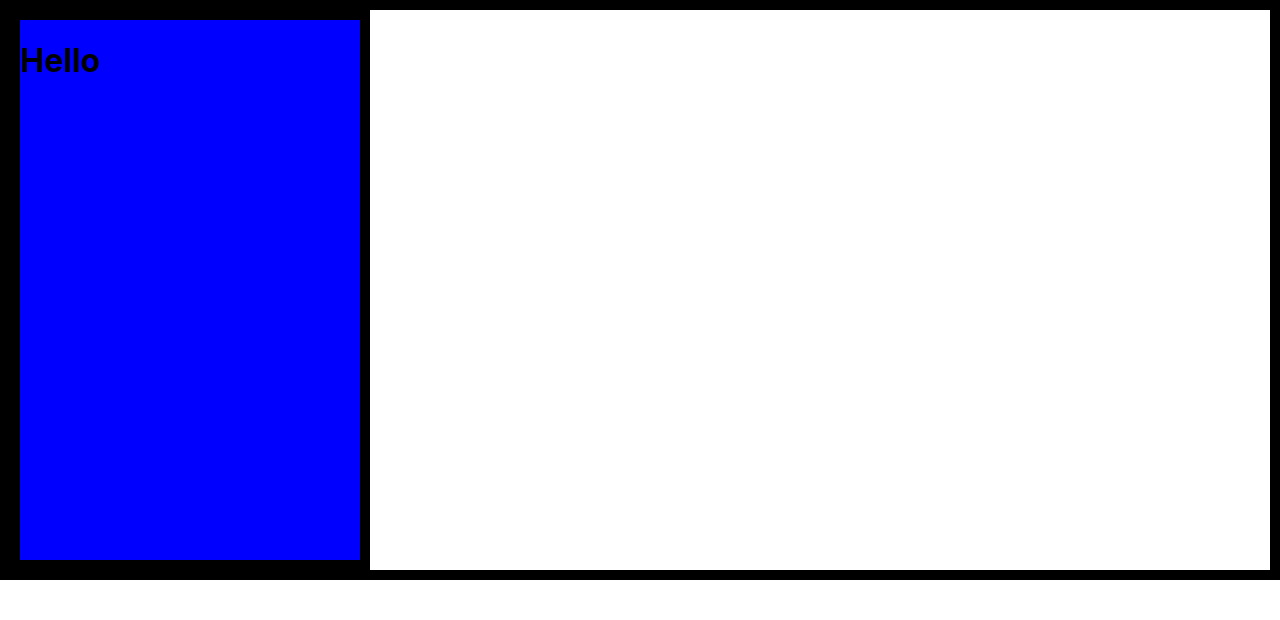
Repository: qudos4real/calculator
Page: /
An editor plug-in stored every save of this project. The page is shown before and after the next save, followed by the edit.
The browser window is 1280 px wide. The pictures show the whole page.
The project was rebuilt for these pictures with package versions that can differ from the ones it lists, and the page was loaded fresh each time.

Above is the page before, as saved 2022-10-07 21:03:56.

### src/index.css
body {
  margin: 0;
  font-family: -apple-system, BlinkMacSystemFont, 'Segoe UI', 'Roboto', 'Oxygen',
    'Ubuntu', 'Cantarell', 'Fira Sans', 'Droid Sans', 'Helvetica Neue',
    sans-serif;
  -webkit-font-smoothing: antialiased;
  -moz-osx-font-smoothing: grayscale;
  border: 10px solid black;
}

code {
  font-family: source-code-pro, Menlo, Monaco, Consolas, 'Courier New',
    monospace;
}
   border: 10px solid black;

### src/App.js
import Wrapper from "./components/Wrapper";



function App() {
  return (
    <div>
      <Wrapper />
    </div>
  );
}

export default App;

### src/components/Wrapper.js
import React from 'react';
import './Wrapper.css'

const Wrapper = ({Children}) => {
    return (
        <div className='wrapper'>
            <h1>Hello</h1>
            {Children}
        </div>
    )
}
export default Wrapper

### src/components/Wrapper.css
.wrapper {
    width: 340px;
    height: 540px;
    background-color: blue;
    border: 10px solid black;
}

Loaded but not shown: public/index.html (common file); src/index.js (common file)

After the next save:
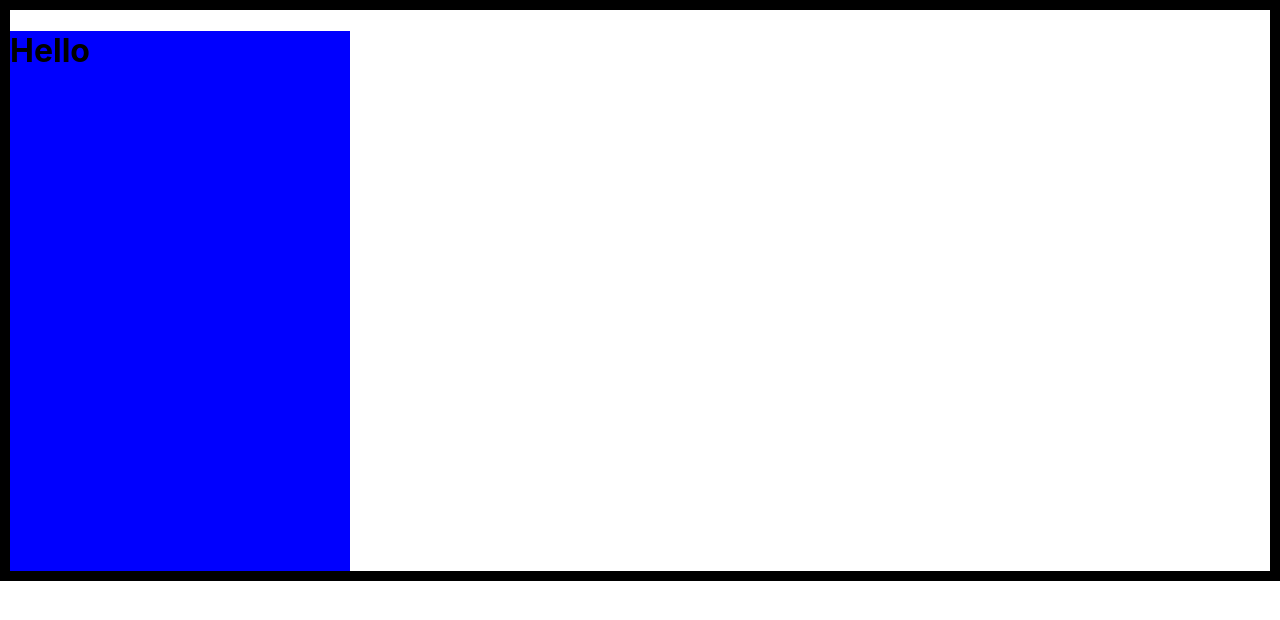
Saved 32 s later.
--- a/src/components/Wrapper.css
+++ b/src/components/Wrapper.css
@@ -2,5 +2,5 @@
     width: 340px;
     height: 540px;
     background-color: blue;
-    border: 10px solid black;
+   /* border: 10px solid black; */
 }
